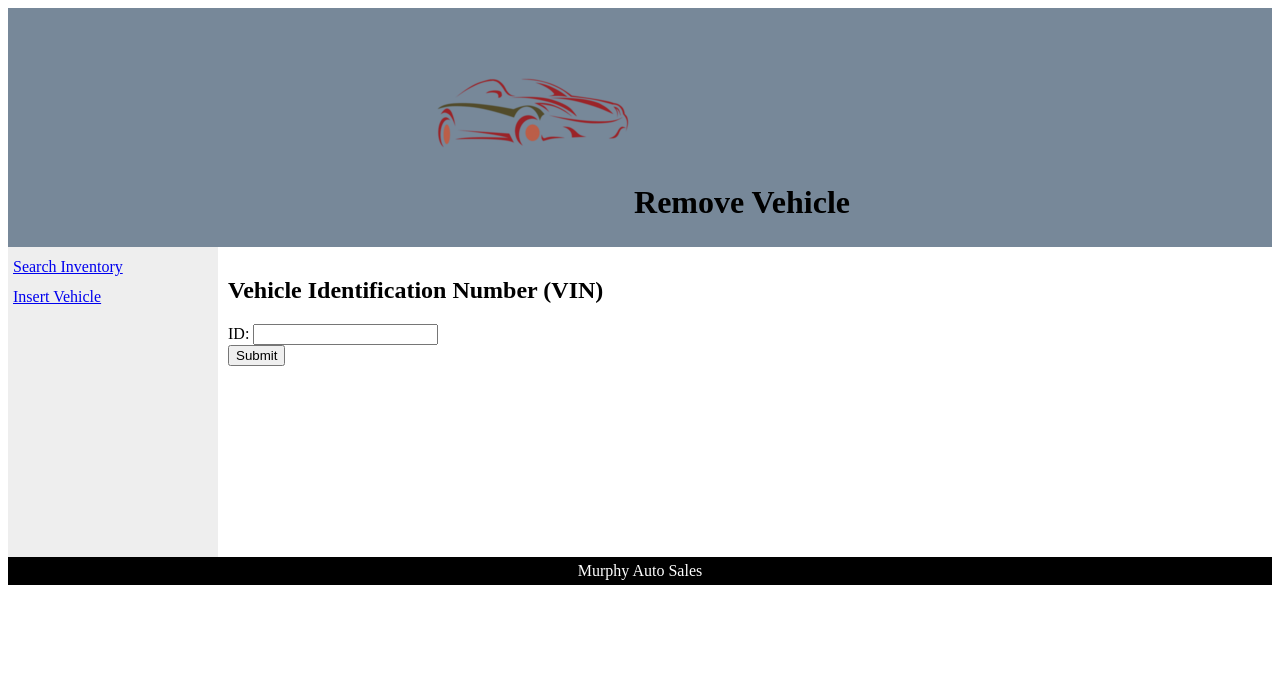
Repository: CamdenMurphy/workspace4830-intro-to-software-engineering
Page: techExercise/techExercise-Murphy/src/main/webapp/delete_murphy.html
The author's editor kept a copy of each file at every save. The page is drawn from the files as they stood at one save, then again after the next save.
The browser window is 1280 px wide. The pictures show the whole page.

Above is the page before, as saved 2023-10-12 06:23:57.

After the next save:
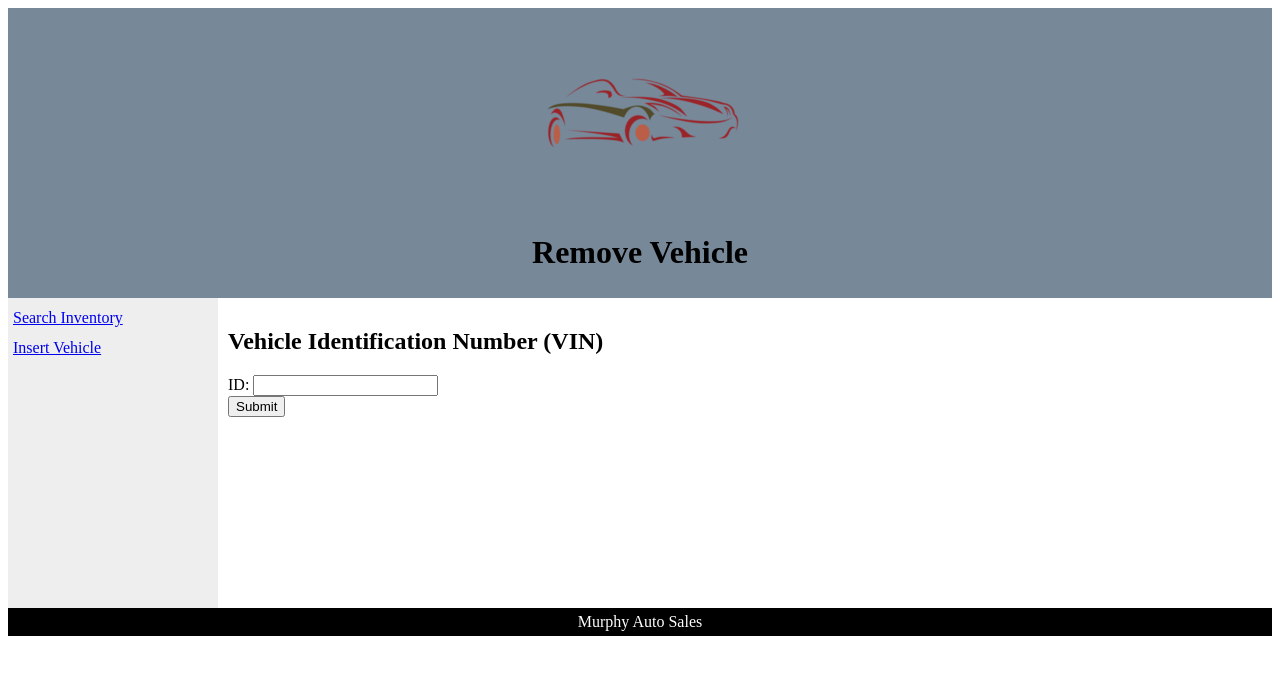
Saved 24 s later.
--- a/techExercise/techExercise-Murphy/src/main/webapp/delete_murphy.html
+++ b/techExercise/techExercise-Murphy/src/main/webapp/delete_murphy.html
@@ -30,7 +30,6 @@ footer {
     padding:5px;
 }
 h1 {
-	display: inline-block;
 }
 </style>
 </head>
